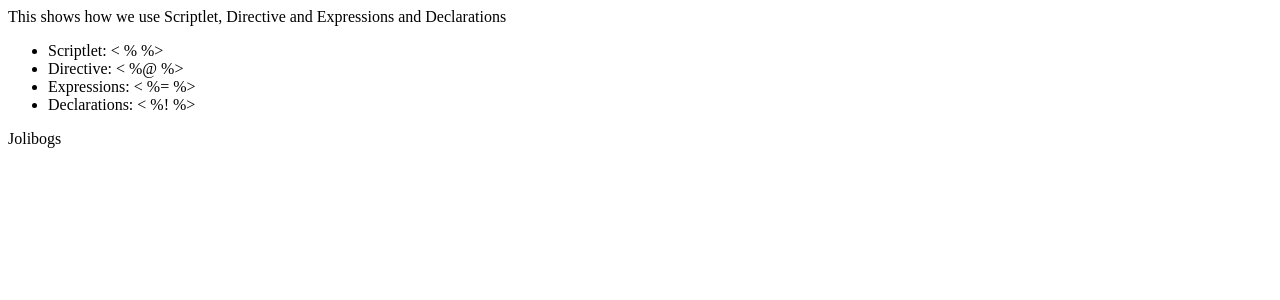
Repository: joliest/MyGits
Page: http://localhost/Basic_JSPs/scriptlet.jsp
An editor plug-in stored every save of this project. The page is shown before and after the next save, followed by the edit.
The browser window is 1280 px wide. The pictures show the whole page.
The page is served by Tomcat 9. Other server files are loaded and not shown.

Above is the page before, as saved 2018-02-28 14:00:24.

### Java/JSP Examples/Basic JSPs/WebContent/scriptlet.jsp
<%@ page language="java" contentType="text/html; charset=ISO-8859-1"
    pageEncoding="ISO-8859-1"%>
<!DOCTYPE html PUBLIC "-//W3C//DTD HTML 4.01 Transitional//EN" "http://www.w3.org/TR/html4/loose.dtd">
<%@  page import="com.example.packages.*" %>
<html>
 <head>
  <meta http-equiv="Content-Type" content="text/html; charset=ISO-8859-1">
  <title>My Scriptlet JSP</title>
 </head>
 <body>

   This shows how we use Scriptlet, Directive and Expressions and Declarations <br>
	<ul>
		<li>Scriptlet: < % %></li>
		<li>Directive: < %@ %></li>
		<li>Expressions: < %= %></li>
		<li>Declarations: < %! %></li>
	</ul>
   <% Dog dog = new Dog("Jolibogs"); %>
   <%= dog.getName() %>

 </body>
</html>

### Java/JSP Examples/Basic JSPs/src/com/example/packages/Dog.java
package com.example.packages;

public class Dog {

	public Dog(String name) {
		this.setName(name);
	}

	private String name;

	public void setName(String name) {
		this.name = name;
	}

	public String getName() {
		return name;
	}
}

After the next save:
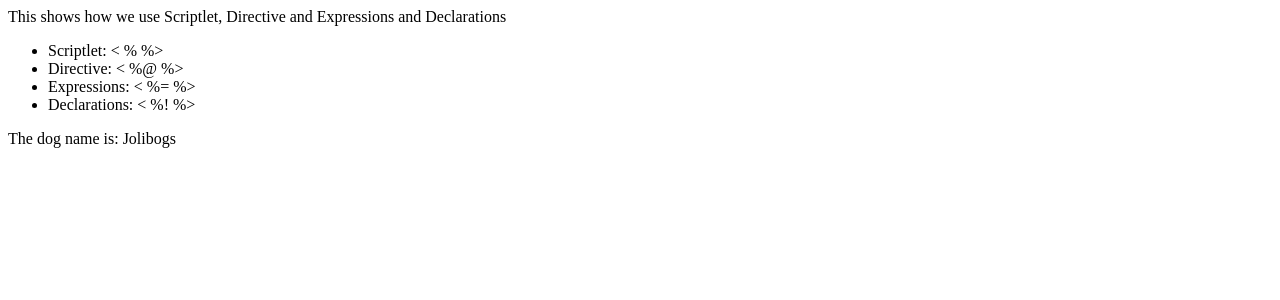
Saved 70 s later.
--- a/Java/JSP Examples/Basic JSPs/WebContent/scriptlet.jsp
+++ b/Java/JSP Examples/Basic JSPs/WebContent/scriptlet.jsp
@@ -17,7 +17,8 @@
 		<li>Declarations: < %! %></li>
 	</ul>
    <% Dog dog = new Dog("Jolibogs"); %>
-   <%= dog.getName() %>
+   The dog name is:
+   <%= dog.getName() %> <br>
 
  </body>
 </html>
